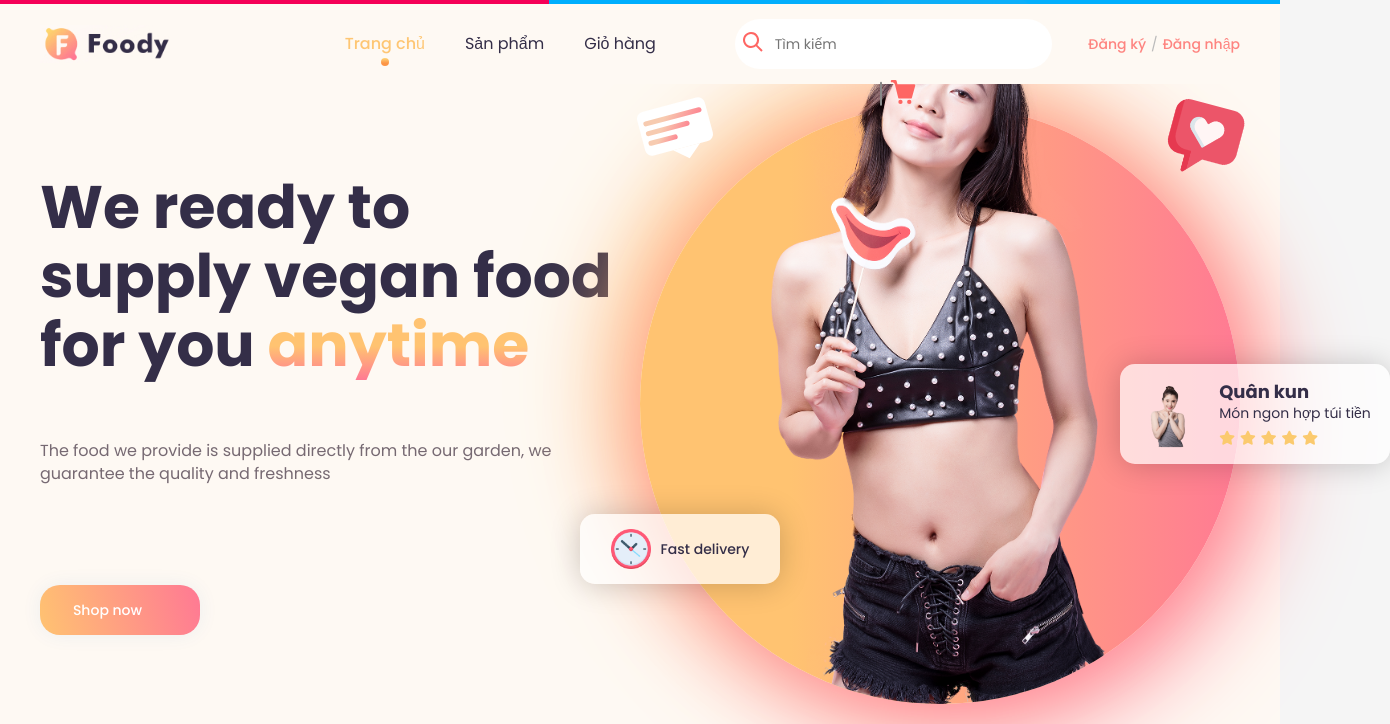
Repository: phamvuhung2710/react-ecommerce
Page: /
These files come from the project's save history. The page is drawn as it stood at one moment and after the next save; the edit follows.
The browser window is 1280 px wide. The page is 1390 px wide, so the pictures cover 1390 px, including what lies to the right of the window. The pictures show the whole page.
The page's requests for data from a server got no answer. Some web libraries are served in a nearby version. The project was rebuilt for these pictures with package versions that can differ from the ones it lists, and the page was loaded fresh each time. No one was signed in, and anything a server would have sent is missing. Also part of the build but not shown: src/guard/AuthenticatedGuard.jsx, src/guard/UnauthenticatedGuard.jsx, src/layouts/CartLayout/CartLayout.jsx, src/layouts/RegisterLayout/RegisterLayout.jsx.

Above is the page before, as saved 2021-09-07 19:00:46.

After the next save:
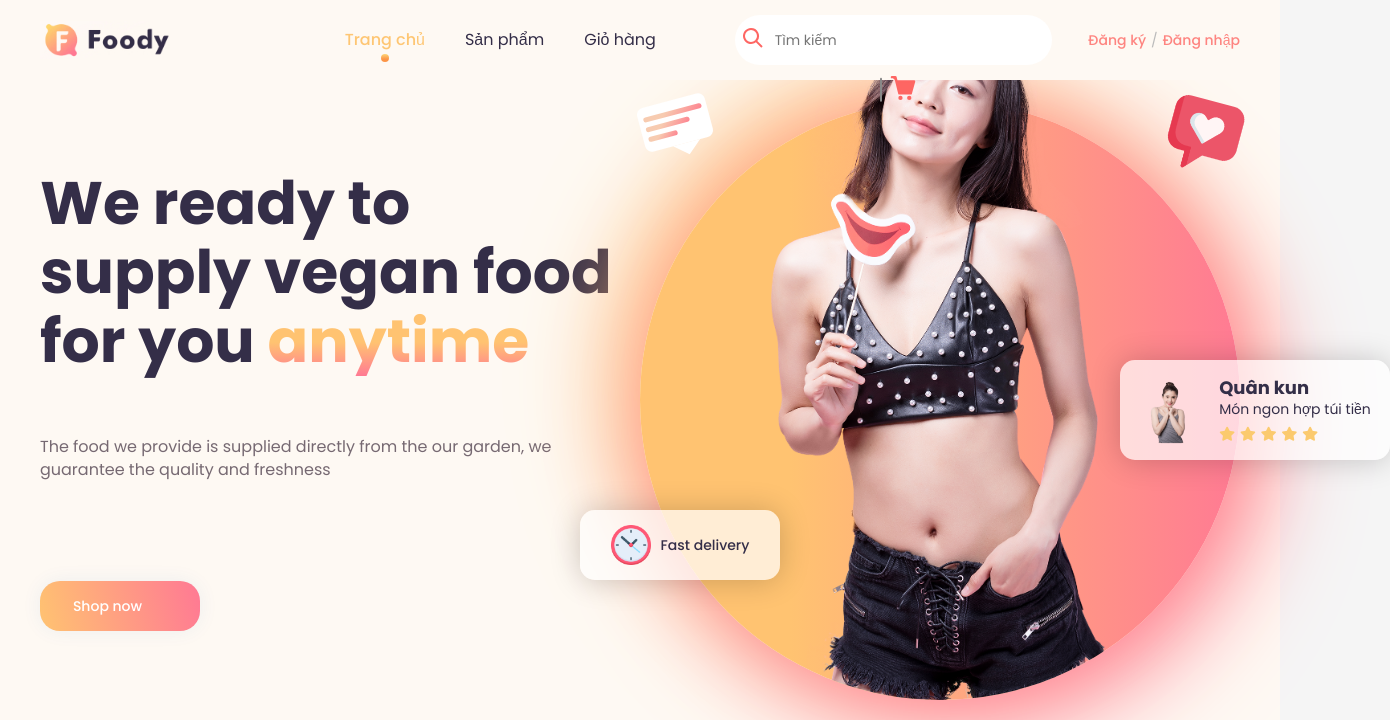
Saved 8 s later.
--- a/src/components/Fallback/Fallback.jsx
+++ b/src/components/Fallback/Fallback.jsx
@@ -19,7 +19,6 @@ function Fallback(props) {
     return <StyledLoading color="secondary" />
   }
 
-  // return null
-  return <StyledLoading color="secondary" />
+  return null
 }
 export default Fallback
